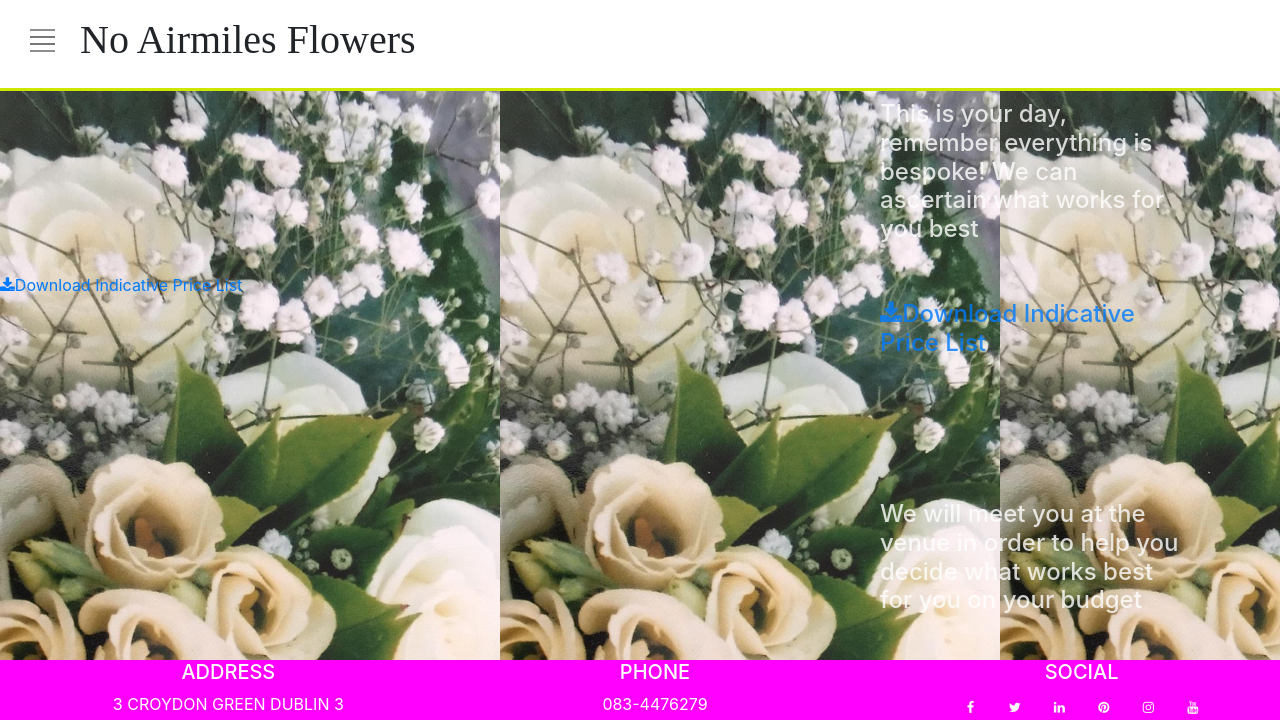
Repository: ConorTC1990/Flowers
Page: weddings.html
The author's editor kept a record of every edit. The page is drawn from the files as they stood at one moment, then again after the next edit.
The browser window is 1280 px wide. The pictures show the whole page.
Some web libraries are served in a nearby version.

Above is the page before.

### weddings.html
<!DOCTYPE html>
<html lang="en">
    <div class= "containerweddings">
<head>
    <meta charset="UTF-8">
    <meta name="viewport" content="width=device-width, initial-scale=1.0">
    <meta http-equiv="X-UA-Compatible" content="ie=edge">
    <link rel="stylesheet" href="https://maxcdn.bootstrapcdn.com/bootstrap/4.2.1/css/bootstrap.min.css" type="text/css" />
    <link rel="stylesheet" href="https://maxcdn.bootstrapcdn.com/font-awesome/4.7.0/css/font-awesome.min.css" type="text/css" />
    <link rel="stylesheet" href="https://cdnjs.cloudflare.com/ajax/libs/hover.css/2.1.1/css/hover-min.css" type="text/css" />
    <link rel="stylesheet" href="assets/css/style.css">
    <title>No Airmiles Flowers</title>
</head>
<body>
<div class="collapsible-menu">
            <input type="checkbox" id="menu">
            <label for="menu">No Airmiles Flowers</label>
            <div class="menu-content">
                <ul>
                    <li><a href="#"></a>Home</li>
                    <li><a href="#"></a>Services</li>
                    <li><a href="#"></a>Projects</li>
                    <li><a href="#"></a>About</li>
                    <li><a href="#"></a>Blog</li>
                    <li><a href="#"></a>Contacts</li>
                </ul>
            </div>
        </div>


   <div class="WeddingsBackground">
         <h4 class="callout">
            This is your day, remember everything is bespoke! We can ascertain what works for you best
        </h4>
    <h4 class="callout2">
            We will meet you at the venue in order to help you decide what works best for you on your budget
        </h4>
         <h4 class="callout3">
           <a href="assets/Indicative Price List.pdf" target="_blank" class="hvr-sweep-to-bottom"><i class="fa fa-download" aria-hidden="true"></i><span>Download Indicative Price List</span></a>
        </h4>
        </div>

       <div class="videoclass2weddings">
		    <div class=videoclass2weddings>
		        <ul>
		            <p><li> Our Mission is to bring beautiful flowers to your home free from the emissions from international transport. All at a reasonable cost!</li></p>
		            <p><li> Locally and packaged using environmentally friendly materials</li></p>
		            <p><li>We can cater for your special day using flowers sourced locally<span class"buttonsticky"><button class= "button">Click here for more details</button></span></li></p>
		            <p><li>We can supply flowers grown locally in bunches</li></p>
		            <a href="assets/Indicative Price List" target="_blank" class="hvr-sweep-to-bottom"><i class="fa fa-download" aria-hidden="true"></i><span>Download Indicative Price List</span></a>
		        </ul>
		    </div>
		</div>
</div>

    <div class="wreathfooter container-fluid">
<footer class="container-fluid wreathfooter">
        <div id="footer-details" class="row">
            <div class="col-sm-4">
                <h5 class="uppercase general-sub">Address</h5>
                <p class="inline-block">
                    3 Croydon Green
                    Dublin 3
                </p>
            </div>
            <div class="col-sm-4">
                <h5 class="uppercase general-sub">Phone</h5>
                <p class="inline-block">
                    083-4476279

                    </a>
                </p>
            </div>
            <div class="col-sm-4">
                <h5 class="uppercase general-sub">Social</h5>
                <ul class="list-inline social-links">
                    <li class="list-inline-item">
                        <a target="_blank" href="#">
                            <i class="fa fa-facebook" aria-hidden="true"></i>
                            <span class="sr-only">Facebook</span>
                        </a>
                    </li>
                    <li class="list-inline-item">
                        <a target="_blank" href="#">
                            <i class="fa fa-twitter" aria-hidden="true"></i>
                            <span class="sr-only">Twitter</span>
                        </a>
                    </li>
                    <li class="list-inline-item">
                        <a target="_blank" href="#">
                            <i class="fa fa-linkedin" aria-hidden="true"></i>
                            <span class="sr-only">LinkedIn</span>
                        </a>
                    </li>
                    <li class="list-inline-item">
                        <a target="_blank" href="#">
                            <i class="fa fa-pinterest" aria-hidden="true"></i>
                            <span class="sr-only">Pinterest</span>
                        </a>
                    </li>
                    <li class="list-inline-item">
                        <a target="_blank" href="#">
                            <i class="fa fa-instagram" aria-hidden="true"></i>
                            <span class="sr-only">Instagram</span>
                        </a>
                    </li>
                    <li class="list-inline-item">
                        <a target="_blank" href="#">
                            <i class="fa fa-youtube" aria-hidden="true"></i>
                            <span class="sr-only">YouTube</span>
                        </a>
                    </li>
                </ul>
            </div>
        </div>
        </div>
        </div>
    </footer>

</body>

</html>

</div>




</html>

### assets/css/style.css
@import url('https://fonts.googleapis.com/css?family=Roboto:100,200,300,400,500,600,700|Exo:100,200,300,400,500,600,700');



.mission {
    text-transform: uppercase;
    color: green;



} /* up for deletion*/


    @media (min-width: 1200px)
.container {
     max-width: 100%;
}
@media (min-width: 992px)
.container {
    max-width: 100%;
}
@media (min-width: 768px)
.container {
    max-width: 100%;
}
@media (min-width: 576px)
.container {
    max-width: 100%;
} /* up for deletion*/
.container {
    padding-right: 0px;
    padding-left: 0px;
    margin-right: auto;
    margin-left: auto;
}
}

.wreathscontainer {
    padding-right: 0px;
    padding-left: 0px;
    margin-right: auto;
    margin-left: auto;
}
}

.containerweddings {
    padding-right: 0px;
    padding-left: 0px;
    margin-right: auto;
    margin-left: auto;
}
}
/* up for deletion*/

*, *:before, *:after {
    -webkit-box-sizing: border-box;
    -moz-box-sizing: border-box;
    box-sizing: border-box;
}
* {
    margin: 0;
    padding: 0;
}
* {
    margin: 0;
    padding: 0;
}

*, ::after, ::before {
    box-sizing: border-box;
}


}
    .title{
        text-align: center;
        color: white;

    }



h3 {
    text-transform: uppercase;
    text-align: center;

    color: green;
    background-color: #FF00FF;
    resize: both;
}

/* Buttons*/

.button {
    background-color: #7CFC00;
    text-align: center;
    color: white;
    width: 25%;
    transition-duration: .9s;
    transition-timing-function: ease-in-out;
    z-index: 1;

}

.button:hover {
    background-color: white;
    color: #7CFC00;


}

a:hover{background-color: white;
    color: #7CFC00;}



.sr-only {color: white}

.list-inline-item {color: white}

.infoclass {
background-color: transparent;
}



#myVideo {  position: center;

  width: 100%;
  min-height: 100%;
  padding-bottom: 0px;
  padding-right: 0px;
  padding-left: 0px;
}

  .col-sm-4 {
      text-align: center;
      border-color: #FF00FF;
  }

  /* Callout box - fixed position at the bottom of the page */
.callout {
  position:fixed;
  top: 100px;
  right: 100px;
  margin-left: 20px;
  max-width: 300px;
  color: white;
   opacity: 0.8;
}

.callout2{
  position:fixed;
  top: 500px;
  right: 100px;
  margin-left: 20px;
  max-width: 300px;
  color: white;
  opacity: 0.8;
}

.callout3{
  position:fixed;
  top: 300px;
  right: 100px;
  margin-left: 250px;
  max-width: 300px;
  color: white;
  opacity: 0.8;
}

/* up for deletion*/
.callout-header {
  padding: 25px 15px;
  background: #555;
  font-size: 30px;
  color: white;
  opacity: 0.8;
}



.col-sm-4 {border-color: #FF00FF;
    padding-left: 0px;
    padding-right: 0px;
}

.container-fluid
{alignment-baseline: text-after-edge;
    border:none;
}

.sticky {position: static;
   top: 0;
}

       body {background-color: #FF00FF;
       padding-left: 0px;

       padding-right: 0px;

       }

       .list-inline-item {text-align: right;
           border-color: #FF00FF;
       }


       .address {text-align: right;}


       head {z-index: 1;
       border-collapse: collapse;
       border-color: white;
       }

 /* -------------- Navbar --------------- */


       /* to keep Navbar in place*/
       .sticky {

  position:static;
  top: 0;
}

/* Style the navbar */
#navbar {
  overflow: hidden;
  background-color: #333;
}

/* Navbar links */
#navbar a {
  float: left;
  display: block;
  color: #f2f2f2;
  text-align: center;
  padding: 14px;
  text-decoration: none;
}

/* Page content */
.content {
  padding: 16px;
}

/* The sticky class is added to the navbar with JS when it reaches its scroll position */
.sticky {
  position: fixed;
  top: 35px;
  width: 100%;
}

.stickytitle {
  position: fixed;
  top: 0px;
  width: 100%;
  height: 35px;
  z-index: 1;
}

/* Add some top padding to the page content to prevent sudden quick movement (as the navigation bar gets a new position at the top of the page (position:fixed and top:0) */
.sticky + .content {
  padding-top: 60px;
}

.general-sub
{background-color: #FF00FF;
border-color: #FF00FF;
    padding-left: 0px;
    padding-right: 0px;
    padding-top: 0px;
}

.list-inline-item{color: white}

title sticky {top: 25px}

.buttonsticky{padding-right: 25px}


 .footerpin{position: bottom 35px}

 container-fluid sticky{padding-bottom: 1000px;}

/* Footer Styles */

 .social-links li a i {
    width: 32px;
    height: 32px;
    padding: 12px 0;
    border-radius: 50%;
    font-size: 13px;
    line-height: 7px;
    text-align: center;
    color: #fafafa;
    background: magenta;
    transition: all 0.35s ease-in-out;
    -moz-transition: all 0.35s ease-in-out;
    -webkit-transition: all 0.35s ease-in-out;
    -o-transition: all 0.35s ease-in-out;
}

.social-links li a i:hover {
    background: #7CFC00;
}

footer {
    text-align: center;
    background-color: #FF00FF;
    color: white;
    text-shadow: none;
    text-transform: uppercase;
    position: fixed;
    position: absolute;
    height: 25px;
    max-height: 10%;



}

.container-fluidf {bottom: 10px;}


/* Wreaths */

.WreathsBackground{
    background-image: url("../images/Wreaths.JPG");

    position: absolute;
    resize: both;

    min-width: 100%;
    min-height: 100%;
    max-width: 100%;
    max-height: 100%;
    padding-top: 35px;
     padding-bottom: 60px;
  padding-right: 0px;
  padding-left: 0px;
  z-index: 0;
}


.wreathfooter
{
    text-align: center;
    background-color: #FF00FF;
    color: white;
    text-shadow: none;
    text-transform: uppercase;
    position: fixed;

    height: 60px;
    max-height: 10%;
    bottom: 0px;



}

  /* Contact */

  .ContactBackground{
    background-image: url("../images/flowers.jpg");

    position: absolute;
    resize: both;

    min-width: 100%;
    min-height: 100%;
    padding-top: 35px;
     padding-bottom: 35px;
  padding-right: 0px;
  padding-left: 0px;
  z-index: 0;
}

 /* ----------- Contact  form------------------*/


.form-style-1 {
	margin:10px auto;
	max-width: 400px;
	padding: 20px 12px 10px 20px;
	font: 13px "Lucida Sans Unicode", "Lucida Grande", sans-serif;
}
.form-style-1 li {
	padding: 0;
	display: block;
	list-style: none;
	margin: 10px 0 0 0;
}
.form-style-1 label{
	margin:0 0 3px 0;
	padding:0px;
	display:block;
	font-weight: bold;
}
.form-style-1 input[type=text],
.form-style-1 input[type=date],
.form-style-1 input[type=datetime],
.form-style-1 input[type=number],
.form-style-1 input[type=search],
.form-style-1 input[type=time],
.form-style-1 input[type=url],
.form-style-1 input[type=email],
textarea,
select{
	box-sizing: border-box;
	-webkit-box-sizing: border-box;
	-moz-box-sizing: border-box;
	border:1px solid #BEBEBE;
	padding: 7px;
	margin:0px;
	-webkit-transition: all 0.30s ease-in-out;
	-moz-transition: all 0.30s ease-in-out;
	-ms-transition: all 0.30s ease-in-out;
	-o-transition: all 0.30s ease-in-out;
	outline: none;
}
.form-style-1 input[type=text]:focus,
.form-style-1 input[type=date]:focus,
.form-style-1 input[type=datetime]:focus,
.form-style-1 input[type=number]:focus,
.form-style-1 input[type=search]:focus,
.form-style-1 input[type=time]:focus,
.form-style-1 input[type=url]:focus,
.form-style-1 input[type=email]:focus,
.form-style-1 textarea:focus,
.form-style-1 select:focus{
	-moz-box-shadow: 0 0 8px #88D5E9;
	-webkit-box-shadow: 0 0 8px #88D5E9;
	box-shadow: 0 0 8px #88D5E9;
	border: 1px solid #88D5E9;

}
.form-style-1 .field-divided{
	width: 49%;
}

.form-style-1 .field-long{
	width: 100%;
}
.form-style-1 .field-select{
	width: 100%;
}
.form-style-1 .field-textarea{
	height: 100px;
}
.form-style-1 input[type=submit], .form-style-1 input[type=button]{
	background: #4B99AD;
	padding: 8px 15px 8px 15px;
	border: none;
	color: #fff;
}
.form-style-1 input[type=submit]:hover, .form-style-1 input[type=button]:hover{
	background: #4691A4;
	box-shadow:none;
	-moz-box-shadow:none;
	-webkit-box-shadow:none;
}
.form-style-1 .required{
	color:red;
}

/* ----------- Contact  form------------------*/

/* ----------- Weddings Background------------------*/

.WeddingsBackground{
    background-image: url("../images/wedding flowers.jpg");

    position: fixed;
    resize: both;




    padding-top: 35px;
     padding-bottom: 35px;
  padding-right: 0px;
  padding-left: 0px;
  z-index: 0;
  max-width:  100%;

    max-height: 100%;
    min-width: 100%;
    min-height: 100%;
}

/* ----------- Weddings Background------------------*/

/* ----------- Menu Bar------------------*/


.menu-content {
    font-family: 'Oswald', sans-serif;
    padding: 0 0 0 50px;
}
.collapsible-menu {
    background-color: rgb(255, 255, 255);
    padding: 0px 30px;
    border-bottom: 3px solid #CDE700;
    box-shadow: 1px 2px 3px rgba(0,0,0,0.2);
     opacity: 1;
}
.collapsible-menu ul {
    list-style-type: none;
    padding: 0;
}
.collapsible-menu a {
    display:block;
    padding: 10px;
    text-decoration: none;
}
.collapsible-menu label {
    font-family: 'Sedgwick Ave Display', cursive;
    font-size: 40px;
    display: block;
    cursor: pointer;
    background: url(../images/menu.png) no-repeat left center;
    padding: 10px 0 10px 50px;
}
input#menu {
    display: none;
}

input:checked +label {
    background-image: url(../images/close.png);
}

.menu-content {
    max-height: 0;
    overflow: hidden;
    font-family: 'Oswald', sans-serif;
    padding: 0 0 0 50px;
}
/* Toggle Effect */
input:checked ~ label {
    background-image: url(../images/close.png);
}
input:checked ~ .menu-content {
    max-height: 100%;
}

/* ----------- Menu Bar------------------*/

/* ----------- Consider for Deletion------------------*/


/* test */

* {
  margin: 0;
  padding: 0;
}

/* Icon 0 */

 #nav-icon0 {
  width: 30px;
  height: 35px;
  position: relative;
  margin: 50px auto;
  -webkit-transform: rotate(0deg);
  -moz-transform: rotate(0deg);
  -o-transform: rotate(0deg);
  transform: rotate(0deg);
  -webkit-transition: .5s ease-in-out;
  -moz-transition: .5s ease-in-out;
  -o-transition: .5s ease-in-out;
  transition: .5s ease-in-out;
  cursor: pointer;
}



/* Icon 2 */

#nav-icon0 {
}

#nav-icon0 span {
  display: block;
  position: absolute;
  height: 2px;
  width: 50%;
  background: #000;
  opacity: 1;
  -webkit-transform: rotate(0deg);
  -moz-transform: rotate(0deg);
  -o-transform: rotate(0deg);
  transform: rotate(0deg);
  -webkit-transition: .25s ease-in-out;
  -moz-transition: .25s ease-in-out;
  -o-transition: .25s ease-in-out;
  transition: .25s ease-in-out;
}

#nav-icon0 span:nth-child(even) {
  left: 50%;
  border-radius: 0 9px 9px 0;
}

#nav-icon0 span:nth-child(odd) {
  left:0px;
  border-radius: 9px 0 0 9px;
}

#nav-icon0 span:nth-child(1), #nav-icon0 span:nth-child(2) {
  top: 0px;
}

#nav-icon0 span:nth-child(3), #nav-icon0 span:nth-child(4) {
  top: 10px;
}

#nav-icon0 span:nth-child(5), #nav-icon0 span:nth-child(6) {
  top: 20px;
}

#nav-icon0.open span:nth-child(1),#nav-icon0.open span:nth-child(6) {
  -webkit-transform: rotate(45deg);
  -moz-transform: rotate(45deg);
  -o-transform: rotate(45deg);
  transform: rotate(45deg);
}

#nav-icon0.open span:nth-child(2),#nav-icon0.open span:nth-child(5) {
  -webkit-transform: rotate(-45deg);
  -moz-transform: rotate(-45deg);
  -o-transform: rotate(-45deg);
  transform: rotate(-45deg);
}

#nav-icon0.open span:nth-child(1) {
  left: 0px;
  top: 9px;
}

#nav-icon0.open span:nth-child(2) {
  left: calc(50% - 5px);
  top: 9px;
}

#nav-icon0.open span:nth-child(3) {
  left: -50%;
  opacity: 0;
}

#nav-icon0.open span:nth-child(4) {
  left: 100%;
  opacity: 0;
}

#nav-icon0.open span:nth-child(5) {
  left: 0px;
  top: 19px;
}

#nav-icon0.open span:nth-child(6) {
  left: calc(50% - 5px);
  top: 19px;
}



/* ----------- Consider for Deletion------------------*/














* {
  margin: 0;
  padding: 0;
}

/* Icon 1 */

#nav-icon1, #nav-icon2, #nav-icon3, #nav-icon4 {
  width: 60px;
  height: 45px;
  position: relative;
  margin: 50px auto;
  -webkit-transform: rotate(0deg);
  -moz-transform: rotate(0deg);
  -o-transform: rotate(0deg);
  transform: rotate(0deg);
  -webkit-transition: .5s ease-in-out;
  -moz-transition: .5s ease-in-out;
  -o-transition: .5s ease-in-out;
  transition: .5s ease-in-out;
  cursor: pointer;
}

#nav-icon1 span, #nav-icon3 span, #nav-icon4 span {
  display: block;
  position: absolute;
  height: 9px;
  width: 100%;
  background: #d3531a;
  border-radius: 9px;
  opacity: 1;
  left: 0;
  -webkit-transform: rotate(0deg);
  -moz-transform: rotate(0deg);
  -o-transform: rotate(0deg);
  transform: rotate(0deg);
  -webkit-transition: .25s ease-in-out;
  -moz-transition: .25s ease-in-out;
  -o-transition: .25s ease-in-out;
  transition: .25s ease-in-out;
}

#nav-icon1 span:nth-child(1) {
  top: 0px;
}

#nav-icon1 span:nth-child(2) {
  top: 18px;
}

#nav-icon1 span:nth-child(3) {
  top: 36px;
}

#nav-icon1.open span:nth-child(1) {
  top: 18px;
  -webkit-transform: rotate(135deg);
  -moz-transform: rotate(135deg);
  -o-transform: rotate(135deg);
  transform: rotate(135deg);
}

#nav-icon1.open span:nth-child(2) {
  opacity: 0;
  left: -60px;
}

#nav-icon1.open span:nth-child(3) {
  top: 18px;
  -webkit-transform: rotate(-135deg);
  -moz-transform: rotate(-135deg);
  -o-transform: rotate(-135deg);
  transform: rotate(-135deg);
}

/* Icon 2 */

#nav-icon2 {
}

#nav-icon2 span {
  display: block;
  position: absolute;
  height: 9px;
  width: 50%;
  background: #d3531a;
  opacity: 1;
  -webkit-transform: rotate(0deg);
  -moz-transform: rotate(0deg);
  -o-transform: rotate(0deg);
  transform: rotate(0deg);
  -webkit-transition: .25s ease-in-out;
  -moz-transition: .25s ease-in-out;
  -o-transition: .25s ease-in-out;
  transition: .25s ease-in-out;
}

#nav-icon2 span:nth-child(even) {
  left: 50%;
  border-radius: 0 9px 9px 0;
}

#nav-icon2 span:nth-child(odd) {
  left:0px;
  border-radius: 9px 0 0 9px;
}

#nav-icon2 span:nth-child(1), #nav-icon2 span:nth-child(2) {
  top: 0px;
}

#nav-icon2 span:nth-child(3), #nav-icon2 span:nth-child(4) {
  top: 18px;
}

#nav-icon2 span:nth-child(5), #nav-icon2 span:nth-child(6) {
  top: 36px;
}

#nav-icon2.open span:nth-child(1),#nav-icon2.open span:nth-child(6) {
  -webkit-transform: rotate(45deg);
  -moz-transform: rotate(45deg);
  -o-transform: rotate(45deg);
  transform: rotate(45deg);
}

#nav-icon2.open span:nth-child(2),#nav-icon2.open span:nth-child(5) {
  -webkit-transform: rotate(-45deg);
  -moz-transform: rotate(-45deg);
  -o-transform: rotate(-45deg);
  transform: rotate(-45deg);
}

#nav-icon2.open span:nth-child(1) {
  left: 5px;
  top: 7px;
}

#nav-icon2.open span:nth-child(2) {
  left: calc(50% - 5px);
  top: 7px;
}

#nav-icon2.open span:nth-child(3) {
  left: -50%;
  opacity: 0;
}

#nav-icon2.open span:nth-child(4) {
  left: 100%;
  opacity: 0;
}

#nav-icon2.open span:nth-child(5) {
  left: 5px;
  top: 29px;
}

#nav-icon2.open span:nth-child(6) {
  left: calc(50% - 5px);
  top: 29px;
}

/* Icon 3 */

#nav-icon3 span:nth-child(1) {
  top: 0px;
}

#nav-icon3 span:nth-child(2),#nav-icon3 span:nth-child(3) {
  top: 18px;
}

#nav-icon3 span:nth-child(4) {
  top: 36px;
}

#nav-icon3.open span:nth-child(1) {
  top: 18px;
  width: 0%;
  left: 50%;
}

#nav-icon3.open span:nth-child(2) {
  -webkit-transform: rotate(45deg);
  -moz-transform: rotate(45deg);
  -o-transform: rotate(45deg);
  transform: rotate(45deg);
}

#nav-icon3.open span:nth-child(3) {
  -webkit-transform: rotate(-45deg);
  -moz-transform: rotate(-45deg);
  -o-transform: rotate(-45deg);
  transform: rotate(-45deg);
}

#nav-icon3.open span:nth-child(4) {
  top: 18px;
  width: 0%;
  left: 50%;
}

/* Icon 4 */

#nav-icon4 {
}

#nav-icon4 span:nth-child(1) {
  top: 0px;
  -webkit-transform-origin: left center;
  -moz-transform-origin: left center;
  -o-transform-origin: left center;
  transform-origin: left center;
}

#nav-icon4 span:nth-child(2) {
  top: 18px;
  -webkit-transform-origin: left center;
  -moz-transform-origin: left center;
  -o-transform-origin: left center;
  transform-origin: left center;
}

#nav-icon4 span:nth-child(3) {
  top: 36px;
  -webkit-transform-origin: left center;
  -moz-transform-origin: left center;
  -o-transform-origin: left center;
  transform-origin: left center;
}

#nav-icon4.open span:nth-child(1) {
  -webkit-transform: rotate(45deg);
  -moz-transform: rotate(45deg);
  -o-transform: rotate(45deg);
  transform: rotate(45deg);
  top: -3px;
  left: 8px;
}

#nav-icon4.open span:nth-child(2) {
  width: 0%;
  opacity: 0;
}

#nav-icon4.open span:nth-child(3) {
  -webkit-transform: rotate(-45deg);
  -moz-transform: rotate(-45deg);
  -o-transform: rotate(-45deg);
  transform: rotate(-45deg);
  top: 39px;
  left: 8px;
}

/* ----------- Consider for Deletion------------------*/

.container{
    padding-right: 0px;
    padding-left: 0px;
    margin-right: auto;
    margin-left: auto;
}

.videoclass{min-height: 100%;
min-width: 100%;
padding-bottom: 60px;}

@media (max-width: 40em) {
.videoclass {
display: none;
}
}

@media (max-width: 40em) {
.WreathsBackground {
display: none;
}
}

@media (min-width: 40em) {
.videoclass2 {
display: none;
}
}

@media (min-width: 40em) {
.videoclass2wreaths {
display: none;
}
}

@media (max-width: 40em) {
.callout{
display: none;

}
}

@media (max-width: 70em) {
.callout2 {
display: none;

}
}
@media (max-width: 40em) {
.WeddingsBackground
{display: none;

}
}

@media (max-width: 40em) {
.callout3 {
display: none;

}
}


.videoclass2 {
background-image:url("../images/flowers.jpg");
width: 100%;
height: 100%;
min-height: 625px;
opacity: .8;
text-size: 30px;
text-transform: uppercase;
color: white;
list-style: circle;
line-height:!important; 25px;
text-align: center;


}

.videoclass2padding{padding-top: 80px}

@media (min-width: 40em) {
.videoclass2 {
display: none;

}
}

.videoclass2wreaths{
background-image:url("../images/flowers.jpg");
width: 100%;
height: 100%;
min-height: 500px;
opacity: .8;
text-size: 30px;
text-transform: uppercase;
color: white;
list-style: circle;
line-height:!important; 25px;
text-align: center;


}


@media (max-width: 40em) {
h4 {
display: none;

}
}

After the next edit:
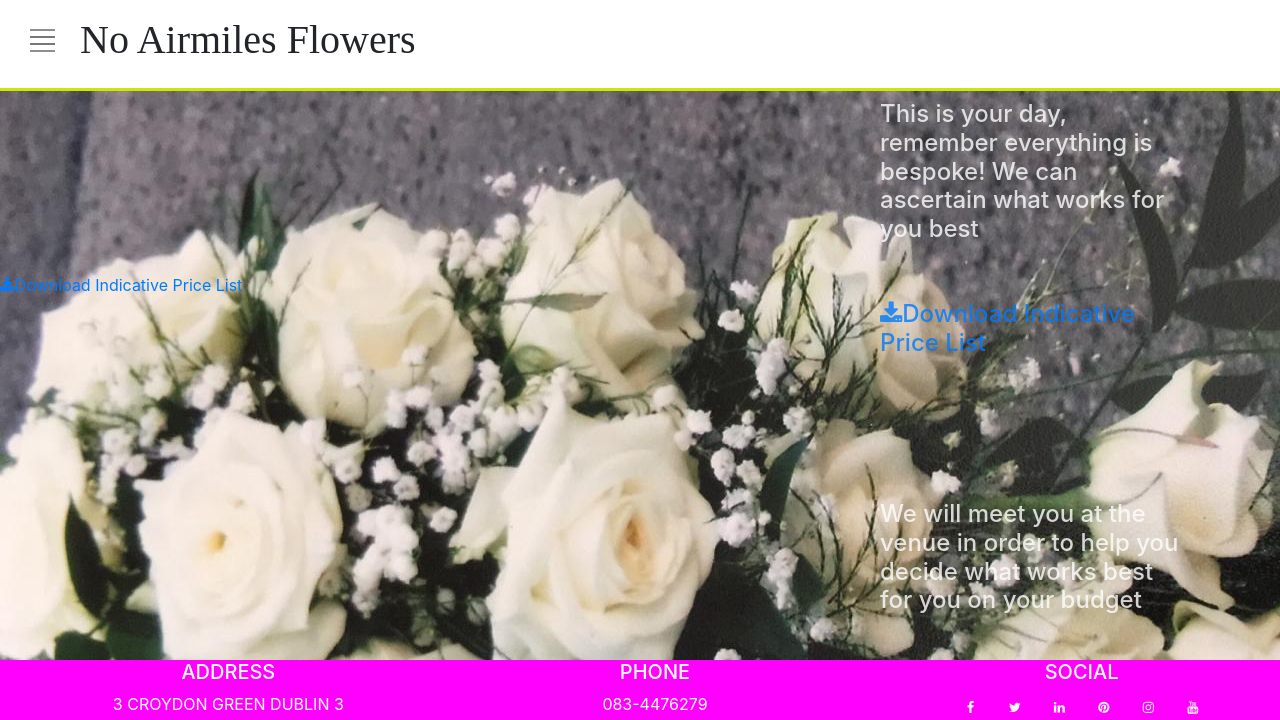
The edit:
--- a/assets/css/style.css
+++ b/assets/css/style.css
@@ -471,7 +471,7 @@
 /* ----------- Weddings Background------------------*/
 
 .WeddingsBackground{
-    background-image: url("../images/wedding flowers.jpg");
+    background-image: url("../images/Weddings.PNG");
 
     position: fixed;
     resize: both;
